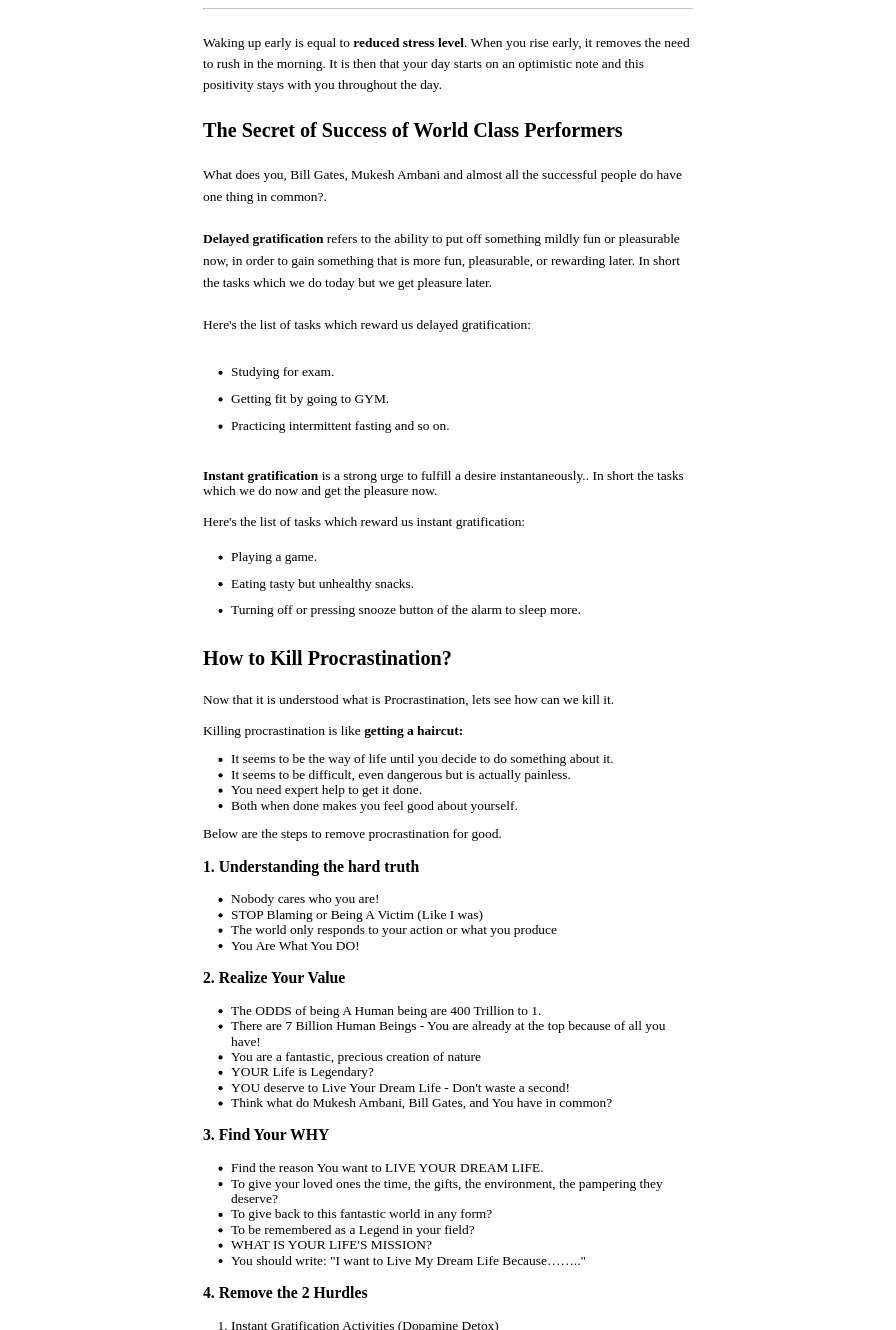
Repository: PuneetP16/Portfolio
Page: Wake Up At 5 AM Every Single Day Like Clockwork.html
An editor plug-in stored every save of this project. The page is shown before and after the next save, followed by the edit.
The browser window is 1280 px wide. The pictures show the part of the page from y = 751 to 2651 px (the page is 4174 px tall), at 70% of full size.
A picture or video elsewhere on the page could not be fetched, so the positions and the page height are approximate. Some web fonts or font styles are not loaded; a fallback is used.

Above is the page before, as saved 2021-12-10 02:31:59.

### Wake Up At 5 AM Every Single Day Like Clockwork.html
<!DOCTYPE html>
<html lang="en">

<head>
  <meta charset="UTF-8" />
  <meta name="viewport" content="width=device-width, initial-scale=1.0" />
  <title>Wake Up At 5 AM Every Single Day Like Clockwork: Practical Approach</title>
  <link rel="stylesheet" href="style.css" />
</head>

<body>
  <div class="blog-container blog-container-center" style="margin-top: 5rem">
    <h1 class="main-head">Wake Up At 5 AM Every Single Day Like Clockwork: Practical Approach</h1>
    <strong> December 5, 2021</strong>
    <header class="blog-head">
      <img class="blog-img"
        src="Images/sage-friedman-HS5CLnQbCOc-unsplash.jpg"
        alt="Code" />
    </header>

    <hr />

    <p class="blog-paragraph">
      Waking up early is equal to <strong>reduced stress level</strong>. When you rise early, it removes the need to rush in the morning. It is then that your day starts on an optimistic note and this positivity stays with you throughout the day.
    </p>

    <h2 class="blog-h2">The Secret of Success of World Class Performers</h2>
    <p class="blog-paragraph">
      What does you, Bill Gates, Mukesh Ambani and almost all the successful people do have one thing in common?. <br>
      <br>
      <strong>Delayed gratification</strong> refers to the ability to put off something mildly fun or pleasurable now, in order to gain something that is more fun, pleasurable, or rewarding later. In short the tasks which we do today but we get pleasure later. <br><br>
        Here's the list of tasks which reward us delayed gratification:
      <ul style="line-height: 2">
        <li>Studying for exam.</li>
        <li>Getting fit by going to GYM.</li>
        <li>Practicing intermittent fasting and so on.</li>
      </ul>
      <br>
      <strong>Instant gratification</strong> is a strong urge to fulfill a desire instantaneously.. In short the tasks which we do now and get the pleasure now. <br><br>
        Here's the list of tasks which reward us instant gratification:
      <ul style="line-height: 2">
        <li>Playing a game.</li>
        <li>Eating tasty but unhealthy snacks.</li>
        <li>Turning off or pressing snooze button of the alarm to sleep more.</li>
      </ul>
      <h2 class="blog-h2">How to Kill Procrastination?</h2>
      Now that it is understood what is Procrastination, lets see how can we kill it.<br><br>
      Killing procrastination is like <strong> getting a haircut:</strong> <br>
      <ul>
        <li>It seems to be the way of life until you decide to do something about it.</li>
        <li>It seems to be difficult, even dangerous but is actually painless.</li>
        <li>You need expert help to get it done.</li>
        <li>Both when done makes you feel good about yourself.</li>
      </ul>
      Below are the steps to remove procrastination for good.
      <h3>1. Understanding the hard truth </h3>
      <ul>
        <li>Nobody cares who you are!</li>
        <li>STOP Blaming or Being A Victim (Like I was) </li>
        <li>The world only responds to your action or what you produce</li>
        <li>You Are What You DO!</li>
      </ul>

      <h3>2. Realize Your Value</h3>
      <ul>
        <li>The ODDS of being A Human being are 400 Trillion to 1. </li>
        <li>There are 7 Billion Human Beings - You are already at the top because of all you have!</li>
        <li>You are a fantastic, precious creation of nature</li>
        <li>YOUR Life is Legendary?</li>
        <li>YOU deserve to Live Your Dream Life - Don't waste a second!</li>
        <li>Think what do Mukesh Ambani, Bill Gates, and You have in common?</li>
      </ul>

      <h3>3. Find Your WHY </h3>
      <ul>
        <li>Find the reason You want to LIVE YOUR DREAM LIFE.</li>
        <li>To give your loved ones the time, the gifts, the environment, the pampering they deserve?</li>
        <li>To give back to this fantastic world in any form?</li>
        <li>To be remembered as a Legend in your field? </li>
        <li>WHAT IS YOUR LIFE'S MISSION?</li>
        <li>You should write: "I want to Live My Dream Life Because…….."</li>
      </ul>

      <h3>4. Remove the 2 Hurdles</h3>
      <ol>
        <li>Instant Gratification Activities (Dopamine Detox)</li>
        <li>Your 1 Toxic Habit (Use I.E.R)</li>
      </ol>

      <h4>1st Hurdle: Instant Gratification Activities (Dopamine Detox)</h4>
      <ul>
        <li>Block ALL Notifications in your phone.</li>
        <li>Go to Settings -> Notifications</li>
        <li>Turn notifications off for ALL Apps</li>
        <li>This includes YouTube, Facebook, Instagram,  Amazon, Flipkart, Myntra, & ALL News apps etc.</li>
        <li>Such a Simple Step can itself show immediate benefits.</li>
        <li>Digital Detox - For the next 24 Hours - No Videos of any Kind, No Social Media, No Video Games, no songs.</li>
        <li>You can only read, write, talk, walk, eat simple food.</li>
      </ul>

      <h4>2nd Hurdle: Your 1 Toxic Habit (Use I.E.R)</h4>
      <ul>
        <li>I for identify: What is the one unproductive habit that takes up all your spare time?</li>
        <li>E for Eliminate: Remove it from the root. Never do it again.</li>
        <li>R for Replace: With 1 productive habit which contributes to your long-term growth. Make it easily accessible. Productive habits can be anything reading, writing, training or being with family.</li>
        <li>1 toxic habit wastes 80-90% of your time. Implementing this TODAY will dramatically transform you day.</li>
      </ul>

      <h3>5. Take Action NOW.</h3>
      <ol>
        <li>STEP 1: Write Down " I need to Live My Dream Life because..."</li>
        <li>STEP 2: Block ALL app notifications & go on a Digital Detox for 24 hours.</li>
        <li>STEP 3: Identify, Eliminate and Replace your one TOXIC HABIT. </li>
      </ol>
      I recommend to use the following worksheet to remove procrastination for good. <br>
      <a href="https://paruluniversityacin-my.sharepoint.com/:w:/g/personal/180305221005_paruluniversity_ac_in/Ebi1ldGi0OpBhula2y21DAMBttAGShh9H3HnfXRHy4TEcg?e=gIK8Ci">Digital worksheet for killing procrastination and finding your WHY.</a>
    <h2 class="blog-h2">Final Words</h2>
      <h3 class="quotes">If You Procrastinate on Killing Procrastination, Procrastination will kill you!</h3>
      <h3 class="quotes">Nothing can stop the man who will bet even his own existence on his stated purpose.</h3>

    <hr />

    <footer class="blog-footer">
      <div><strong>Social media handle's</strong></div>
      <ul class="social-links list-non-bullet">
        <li class="list-item-inline">
          <a class="link" href="https://twitter.com/PatelPuneet16" target="_blank">Twitter</a>
        </li>
        <li class="list-item-inline">
          <a class="link" href="https://github.com/PuneetP16" target="_blank">Github</a>
        </li>
        <li class="list-item-inline">
          <a class="link" href="https://www.linkedin.com/in/puneet-patel-96b607a0/" target="_blank">LinkedIn</a>
        </li>
      </ul>
    </footer>
  </div>
</body>

</html>

### style.css
@import url('https://fonts.googleapis.com/css2?family=Fuzzy+Bubbles&family=Merriweather&family=Montserrat:ital,wght@0,400;1,500&family=Sacramento&display=swap');

:root {
  --primary-color: #F87171;
  --off-white: #f3f4f6;
  --dark-gray: #6b7280;
}

body {
  font-family: 'Fuzzy Bubbles', cursive;
  max-width: 85%;
  margin: 0px auto;
  font-size: 1.2rem;
}

.container {
  padding-left: 1rem;
  padding-right: 1rem;
}

.container-center {
  max-width: 900px;
  width: 100%;
  margin: auto;
}

.container-center h1 {
  font-family: 'Sacramento', cursive;
  font-size: 2.4rem;
}

hr {
  margin: 2rem 0;
}

/** links **/
.link {
  text-decoration: none;
  border-radius: 0.5rem;
  padding: 0.8rem 0.8rem;
  margin-top: 0.5rem;
  margin-bottom: 0.5rem;
  display: inline-block;
}

.link-primary {
  background-color: var(--primary-color);
  color: white;
}

.link-secondary {
  border: 1px solid var(--primary-color);
  color: var(--primary-color);
}

.link-without-decoration {
  display: block;
  text-decoration: none;
  color: white;
  font-size: 2rem;
  margin: auto;
  text-align: center;
  padding-right: 550px;
}

/** Lists **/
.list-non-bullet {
  list-style: none;
  padding-inline-start: 0px;
  margin-block-end: 0px;
}

.list-item-inline {
  display: inline;
  padding: 0rem 0.5rem;
}

.list-item-container {
  padding: 1rem;
  text-align: center;
  border-radius: 1rem;
  margin-top: 1rem;
  margin-bottom: 3rem;
}

/** Navigation **/
.navigation {
  background-color: var(--primary-color);
  color: white;
  padding: 1rem;
  margin-bottom: 2rem;
  border-bottom-left-radius: 2rem;
  border-bottom-right-radius: 2rem;
}

.navigation .nav-head {
  font-weight: bold;
  font-size: 1.2rem;
}

.navigation .nav-pills {
  text-align: right;
  margin-top: 0px;
}

.navigation .link {
  color: white;
  font-size: 1.4rem;
}

.navigation .link-active {
  font-weight: bold;
}

/** Header **/
.hero {
  padding: 2rem;
}

.hero .hero-img {
  max-width: 450px;
  display: block;
  margin: auto;
}

.hero .hero-heading {
  color: var(--dark-gray);
  text-align: center;
}

.hero .hero-heading span {
  color: var(--primary-color);
}
/** Sections **/

.section {
  margin-top: 2rem;
  padding: 2rem;
  border-radius: 1rem;
  text-align: center;
}

.section p {
  font-size: 1.2rem;
}

.ow {
  background-color: var(--off-white);
}

/** Footer **/
.footer {
  background-color: var(--primary-color);
  color: white;
  margin-top: 2rem;
  padding: 2rem;
  padding-top: 20px;
  padding-bottom: 16px;
  border-top-right-radius: 1rem;
  text-align: center;
  border-top-left-radius: 3rem;
  border-top-right-radius: 3rem;
}

.footer .footer-header {
  font-weight: bold;
  font-size: large;
}

.footer .link {
  color: white;
}

.footer .social-links {
  padding-inline-start: 0px;
  margin-top: 8 px;
}

/** Blog Styling **/

.blog-container {
  padding-left: 1rem;
  padding-right: 1rem;
}

.blog-container-center {
  max-width: 700px;
  width: 100%;
  margin: auto;
}

div .blog-paragraph {
  margin-top: 2rem;
  margin-bottom: 2rem;
  line-height: 1.6;
}

div .blog-h2 {
  margin-top: 2rem;
  margin-bottom: 2rem;
}

div .blog-img {
  width: 100%;
  display: block;
}

div .blog-head {
  padding: 1rem;
}

/** blog footer **/

.blog-footer {
  color: Black;
  margin-top: 2rem;
  padding: 2rem;
  border-top-right-radius: 1rem;
  text-align: center;
}

.blog-footer .link {
  color: blue;
}

.main-head {
  font-weight: normal;
  margin-bottom: 0.5rem;
}

.quotes {
  text-align: center;
  font-size: 1.6rem;
  color:darkcyan;
}

.contact-me {
  background-color:#FEE2E2;
  padding: 0.05rem 0.5rem 2rem 0.5rem;
  border-radius: 1rem;
  font-size: 1.13rem;
}


.contact-me .btn{
  /* text-align: center;
  width: auto; */
  border-radius: 15px;
  font-size: 20px;
  font-weight: 600;
  background-color: var(--primary-color);
  color: white;
  padding: 10px 30px;
  border: 2px solid #000000;
  margin: auto;
  margin-top: 1rem;
  cursor: pointer;
  max-width: 85%;
}

.contact-me .btn:hover{
  background-color: #5FA8D3;
  color: #1B4965;
}

After the next save:
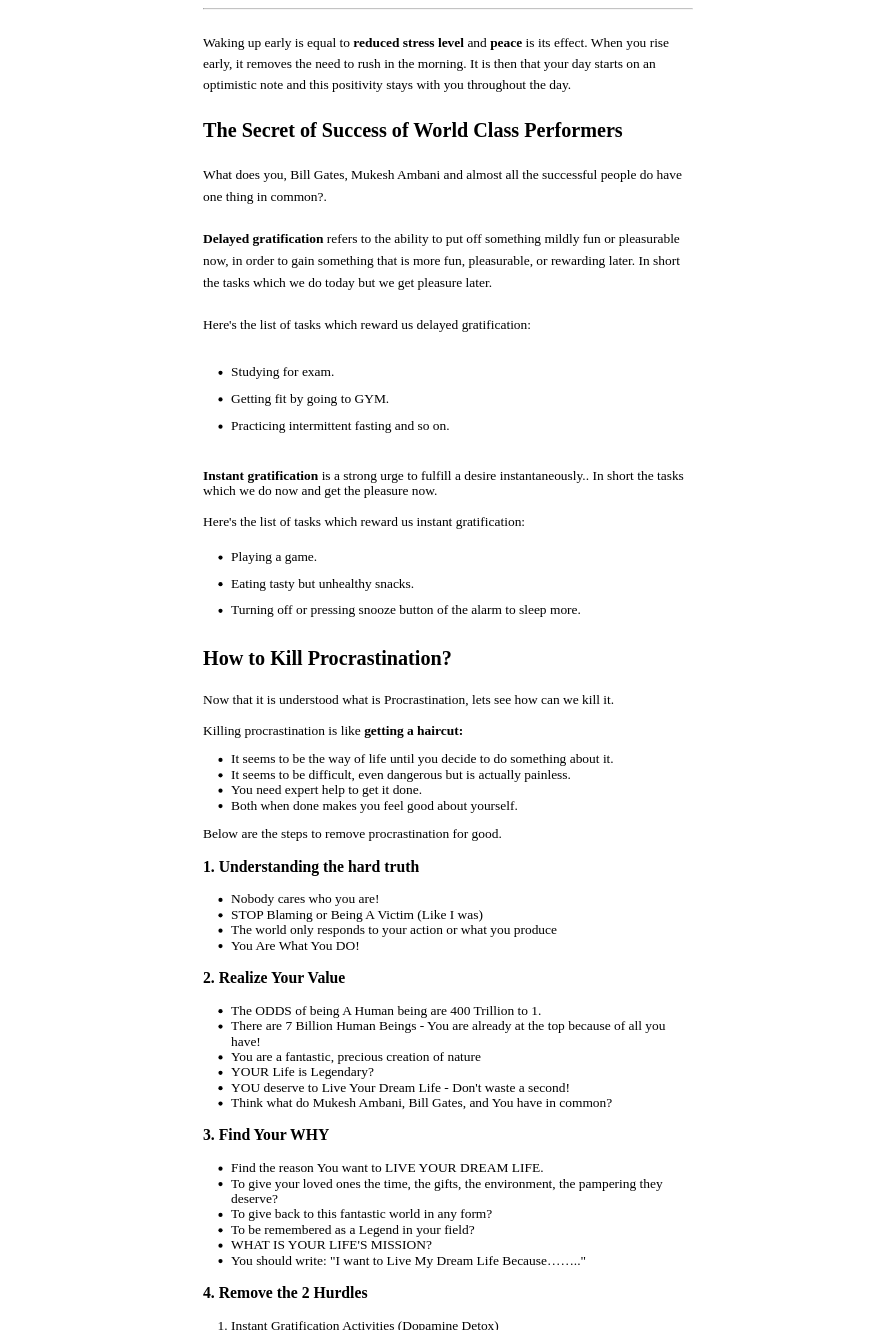
Saved 61 s later.
--- a/Wake Up At 5 AM Every Single Day Like Clockwork.html
+++ b/Wake Up At 5 AM Every Single Day Like Clockwork.html
@@ -21,7 +21,7 @@
     <hr />
 
     <p class="blog-paragraph">
-      Waking up early is equal to <strong>reduced stress level</strong>. When you rise early, it removes the need to rush in the morning. It is then that your day starts on an optimistic note and this positivity stays with you throughout the day.
+      Waking up early is equal to <strong>reduced stress level</strong> and <strong>peace</strong> is its effect. When you rise early, it removes the need to rush in the morning. It is then that your day starts on an optimistic note and this positivity stays with you throughout the day.
     </p>
 
     <h2 class="blog-h2">The Secret of Success of World Class Performers</h2>
